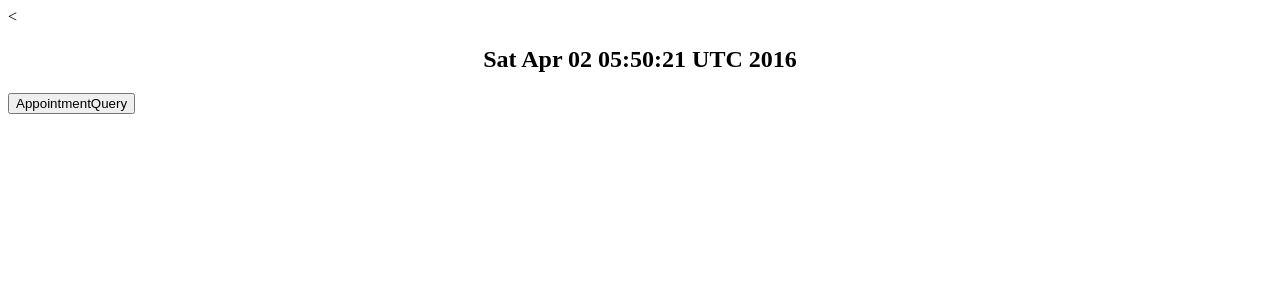
Repository: ManjushaBolishetty/test
Page: http://localhost/test/DentistHomePage.jsp
These files come from the project's save history. The page is drawn as it stood at one moment and after the next save; the edit follows.
The browser window is 1280 px wide. The pictures show the whole page.
The page is served by Tomcat 9. Other server files are loaded and not shown.

Above is the page before, as saved 2016-04-03 04:22:27.

### test/WebContent/DentistHomePage.jsp
<%@ page language="java"
    contentType="text/html; charset=ISO-8859-1"
    pageEncoding="ISO-8859-1"%>
<%@ page import="java.io.*,java.util.*" %>
<%@ page import="javax.servlet.*,java.text.*" %>

<!DOCTYPE html PUBLIC "-//W3C//DTD HTML 4.01 Transitional//EN" "http://www.w3.org/TR/html4/loose.dtd">
<html>
<head>
    <meta http-equiv="Content-Type" content="text/html; charset=ISO-8859-1">
    <<title>My Appointments</title>
</head>
<body>
<%
   Date date = new Date();
   out.print( "<h2 align=\"center\">" +date.toString()+"</h2>");
%>
  <form action="HelloWorldServlet" method="post">
      <input type="submit" name="AppointmentQuery" value="AppointmentQuery" />
  </form>
</body>
</html>

After the next save:
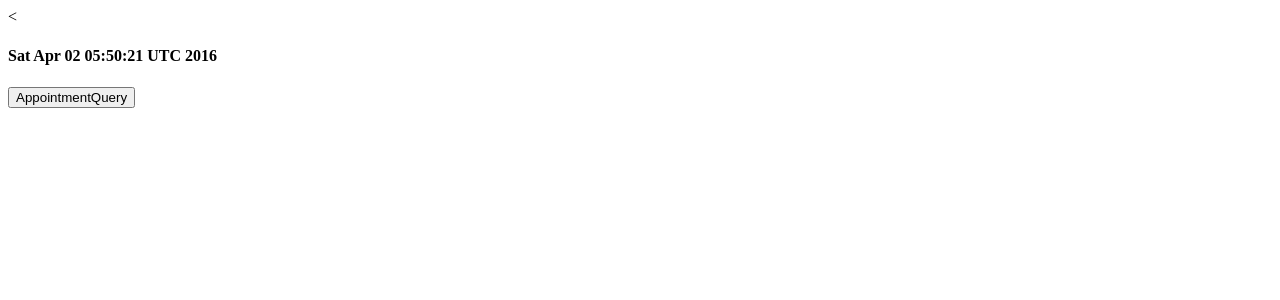
Saved 18 s later.
--- a/test/WebContent/DentistHomePage.jsp
+++ b/test/WebContent/DentistHomePage.jsp
@@ -13,7 +13,7 @@
 <body>
 <%
    Date date = new Date();
-   out.print( "<h2 align=\"center\">" +date.toString()+"</h2>");
+   out.print( "<h4 align=\"left\">" +date.toString()+"</h4>");
 %>
   <form action="HelloWorldServlet" method="post">
       <input type="submit" name="AppointmentQuery" value="AppointmentQuery" />
